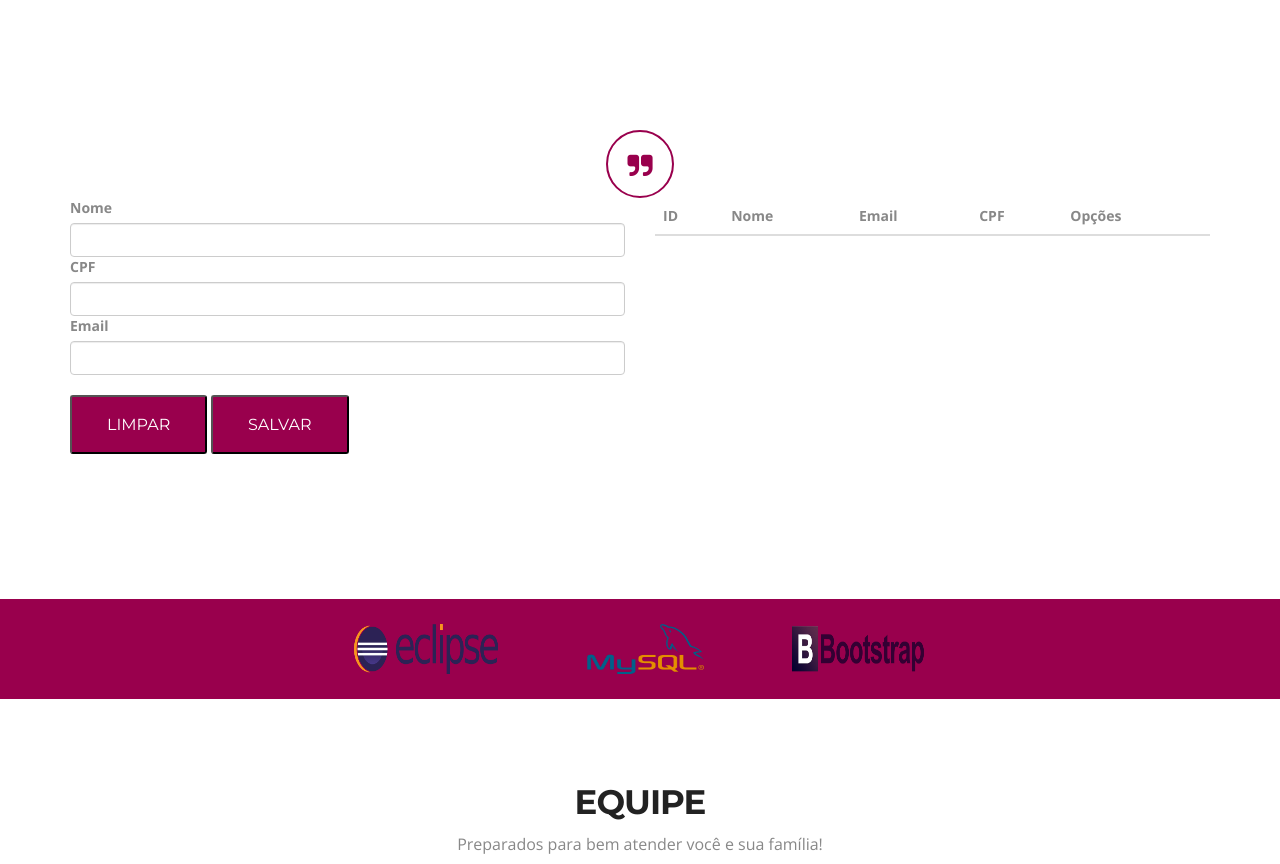
Repository: heloisakrajewski/projeto-leo
Page: Projeto/pyrafilms/WebContent/index3.html
The author's editor kept a copy of each file at every save. The page is drawn from the files as they stood at one save, then again after the next save.
The browser window is 1280 px wide. The pictures show the part of the page from y = 5636 to 6500 px (the page is 8155 px tall before and 8087 px after).
A picture or video elsewhere on the page could not be fetched, so the positions and the page height are approximate. The page's requests for data from a server got no answer.

Above is the page before, as saved 2016-11-23 21:43:50.

After the next save:
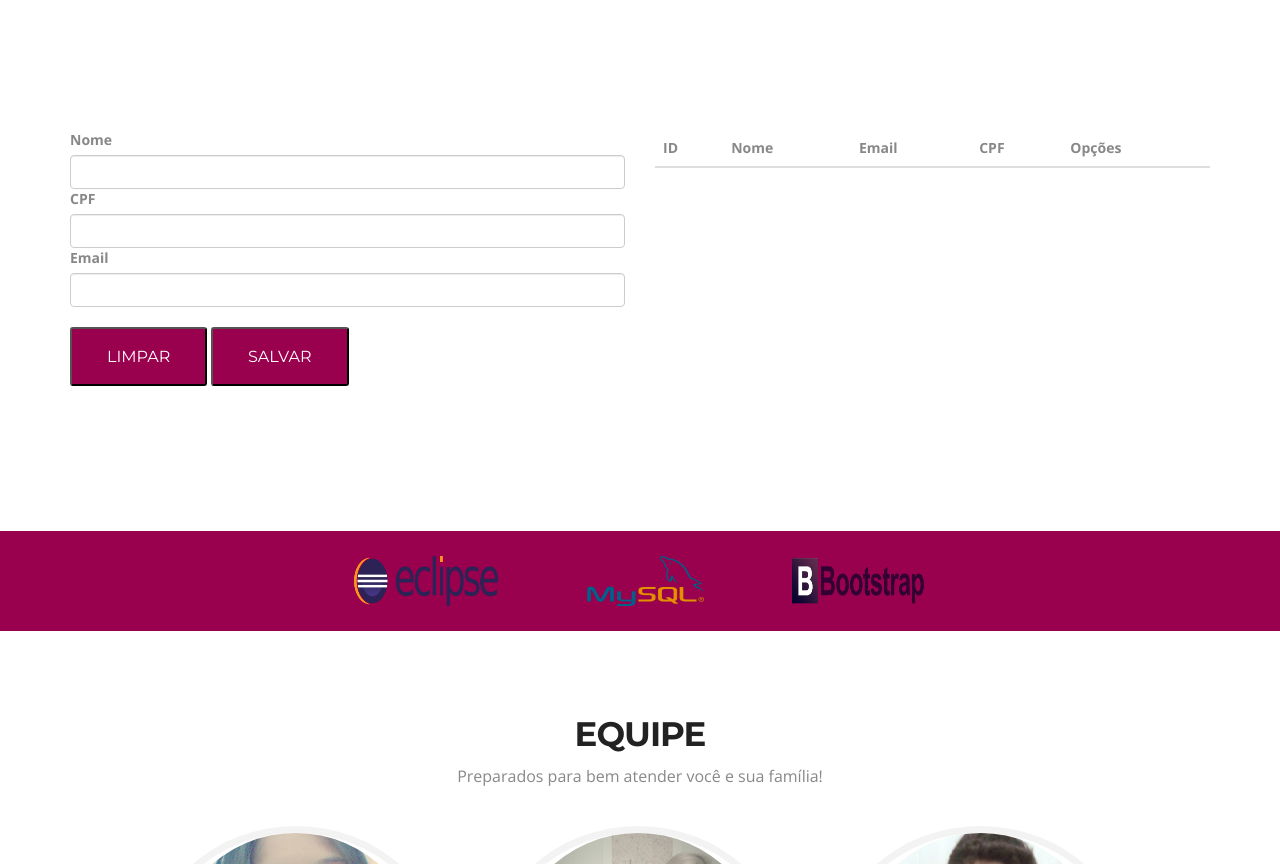
Saved 25 s later.
--- a/Projeto/pyrafilms/WebContent/index3.html
+++ b/Projeto/pyrafilms/WebContent/index3.html
@@ -269,7 +269,6 @@
 
 <section class="main-section" id="client"><!--main-section client-part-start-->
 	<div class="container">
-		<b class="quote-right wow fadeInDown delay-03"><i class="fa-quote-right"></i></b>
     	<div class="row">
         	<div class="col-lg-6">
             	<form id="criarUsuarioForm">
